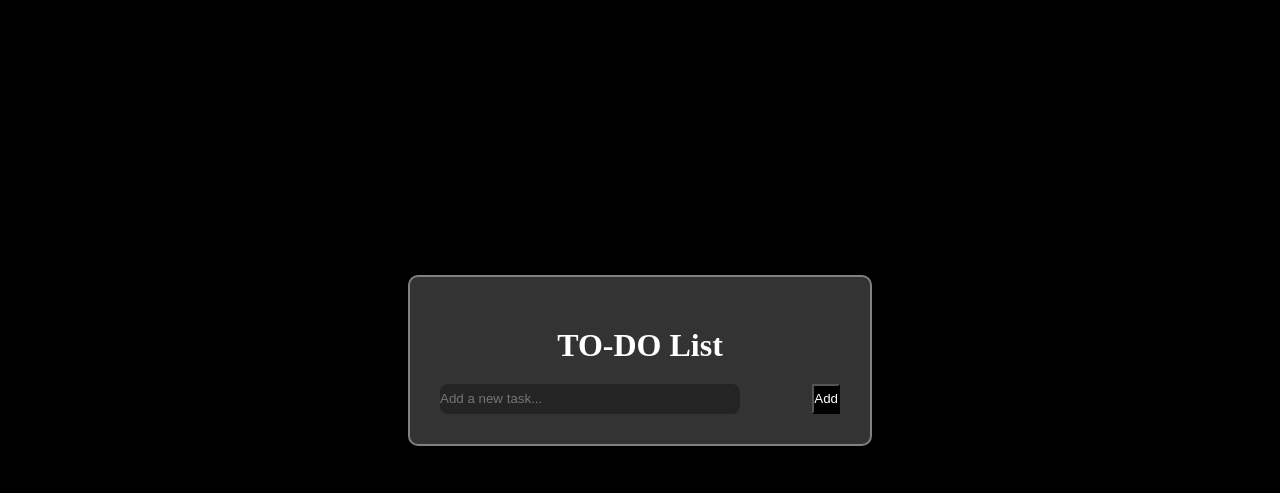
Repository: ksusmitha879-cyber/todo-list
Page: index.html
The author's editor kept a copy of each file at every save. The page is drawn from the files as they stood at one save, then again after a run of saves.
The browser window is 1280 px wide. The pictures show the whole page.

Above is the page before, as saved 2025-11-28 02:31:36.

### index.html
<!DOCTYPE html>
<html lang="en">
<head>
    <meta charset="UTF-8">
    <meta name="viewport" content="width=device-width, initial-scale=1.0">
    <title>TO-DO List</title>
    <link rel="stylesheet" href="style.css">
</head>
<body>
    <div class="container">
        <h1>TO-DO List</h1>
        <div class="input-container">
            <input type="text" id="todo-input" placeholder="Add a new task..."/>
            <button>Add</button>
        </div>
    </div>
</body>
</html>

### style.css
*{
    margin: 0;
    padding: 0;
    background-color: black;
    color: white;
}

html, body{
    height: 100%;
    display: grid;
    place-items: center;
}
.container{
    padding: 30px;
    background-color: rgb(51, 51, 51);
    width: 400px;
    height: auto;
    border: 2px solid grey;
    border-radius: 10px;
}
h1{
    display: flex;
    align-items: center;
    justify-content: center;
    background-color: rgb(51, 51, 51);
    margin: 20px;
}
.input-container{
    background-color: rgb(51, 51, 51);
    width: 100%;
    display: flex;
    justify-content: space-between;
}
input{
    background-color: #252424;
    color: white;
    width: 75%;
    height: 30px;
    border-radius: 8px;
    border-style: none;
}

After the next 4 saves:
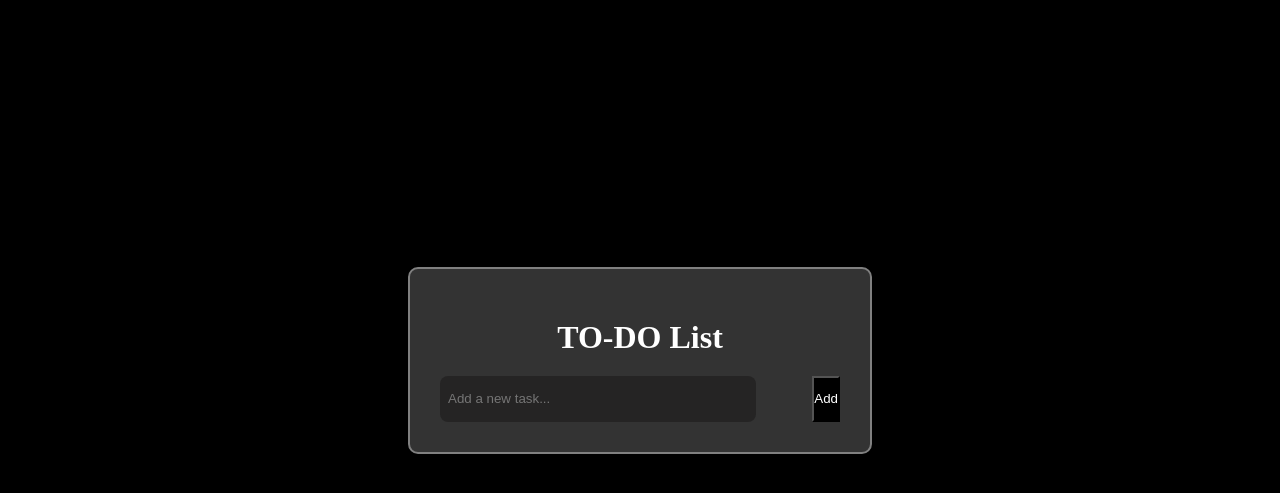
The 4 saves are shown as one change because they came seconds apart.
The last was saved 11 s later.
--- a/style.css
+++ b/style.css
@@ -38,4 +38,5 @@ input{
     height: 30px;
     border-radius: 8px;
     border-style: none;
+    padding: 8px;
 }
